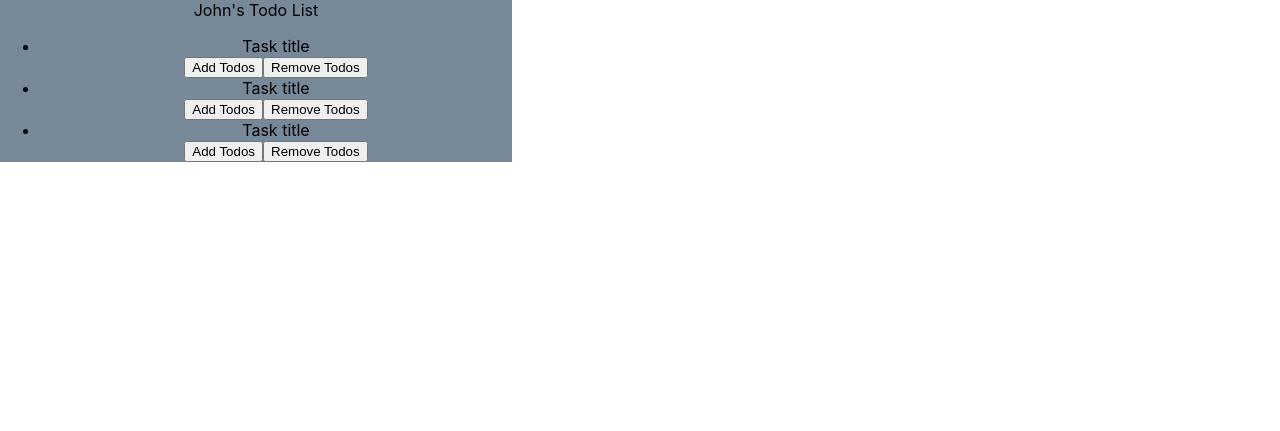
Repository: JohnKang0720/Simple-Todo-List
Page: /
These files come from the project's save history. The page is drawn as it stood at one moment and after the next save; the edit follows.
The browser window is 1280 px wide. The pictures show the whole page.
The project was rebuilt for these pictures with package versions that can differ from the ones it lists, and the page was loaded fresh each time.

Above is the page before, as saved 2021-05-24 20:57:56.

After the next save:
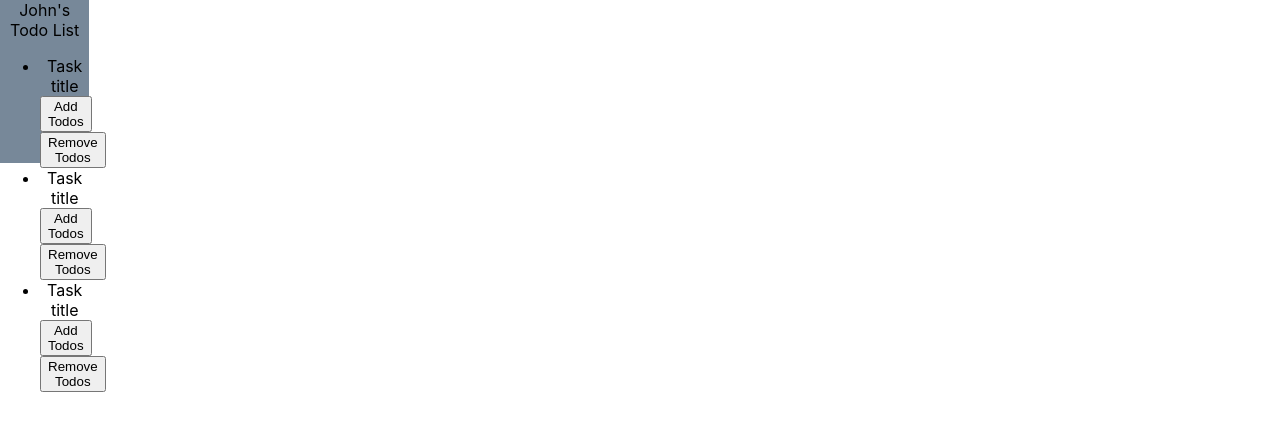
Saved 44 s later.
--- a/src/App.css
+++ b/src/App.css
@@ -27,6 +27,12 @@
 .App-link {
   color: #61dafb;
 }
+body{
+  width: 100%;
+  height: 100%;
+  display: flex;
+
+}
 .App{
   background: lightslategray;
   width: 40%;
